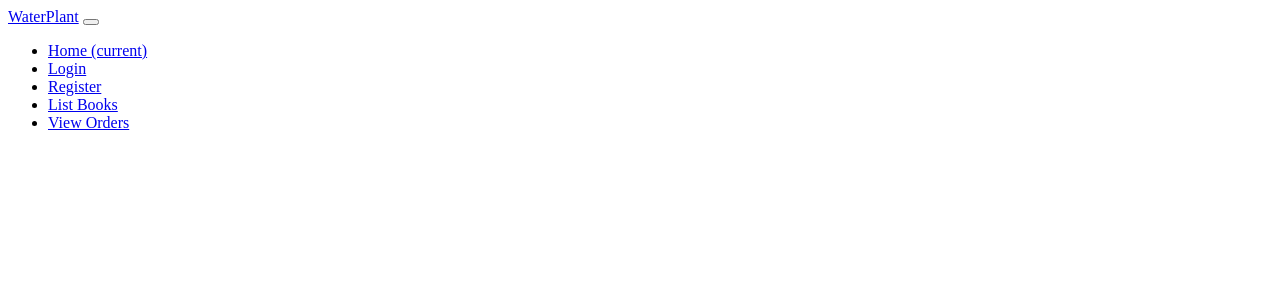
Repository: SHARMILAG97/WebApplication
Page: http://localhost/watercan-web/headers.jsp
An editor plug-in stored every save of this project. The page is shown before and after the next save, followed by the edit.
The browser window is 1280 px wide. The pictures show the whole page.
The page is served by Tomcat 9.

Above is the page before, as saved 2019-09-10 10:10:23.

After the next save:
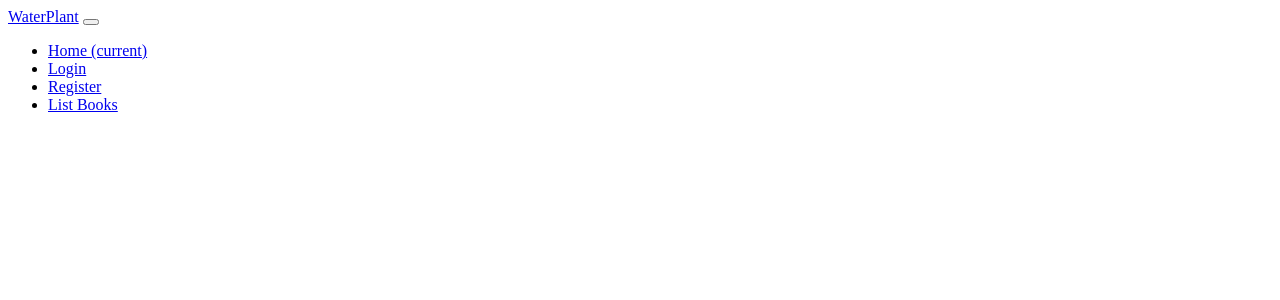
Saved 11 s later.
--- a/watercan-web/src/main/webapp/headers.jsp
+++ b/watercan-web/src/main/webapp/headers.jsp
@@ -18,10 +18,6 @@
         </li>
          <li class="nav-item">
           <a class="nav-link" href="userlogin.jsp">List Books</a>
-        </li>
-         <li class="nav-item">
-          <a class="nav-link" href="vieworders.jsp">View Orders</a>
-        </li>
 
       </ul>
       <!--
